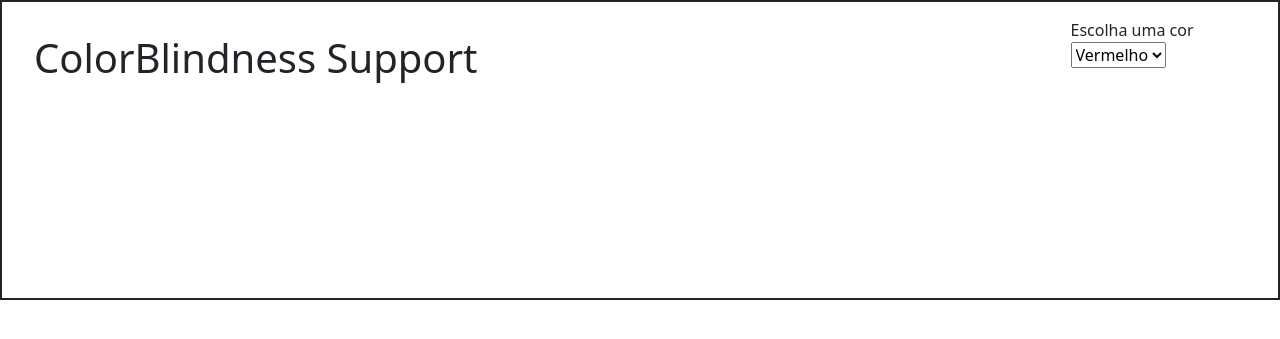
Repository: pedrosiqueira/daltonchrome
Page: popup.html
These files come from the project's save history. The page is drawn as it stood at one moment and after the next save; the edit follows.
The browser window is 1280 px wide. The pictures show the whole page.

Above is the page before, as saved 2022-06-17 13:04:04.

After the next save:
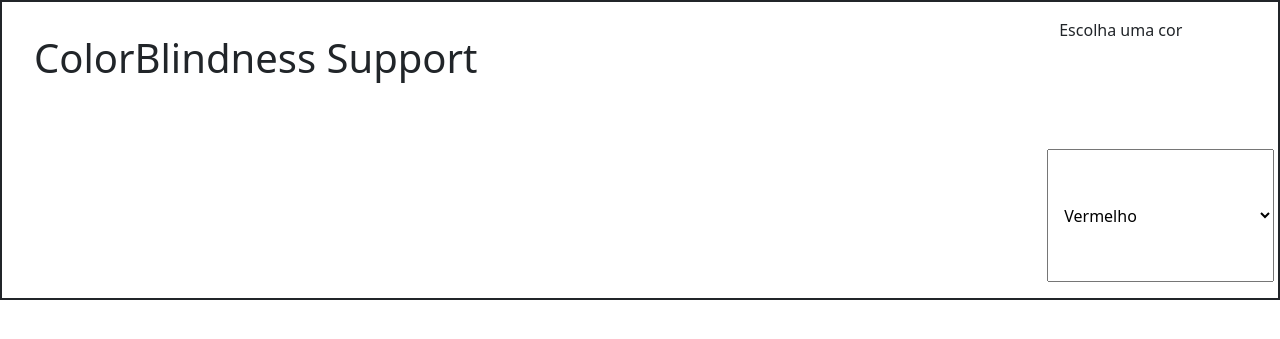
Saved 9 s later.
--- a/popup.html
+++ b/popup.html
@@ -26,7 +26,7 @@
 
     </div>
 
-    <div class="flex">
+    <div class="flex row">
         <label for="cores">Escolha uma cor</label>
 
         <select name="cores" id="cores">

After the save that followed:
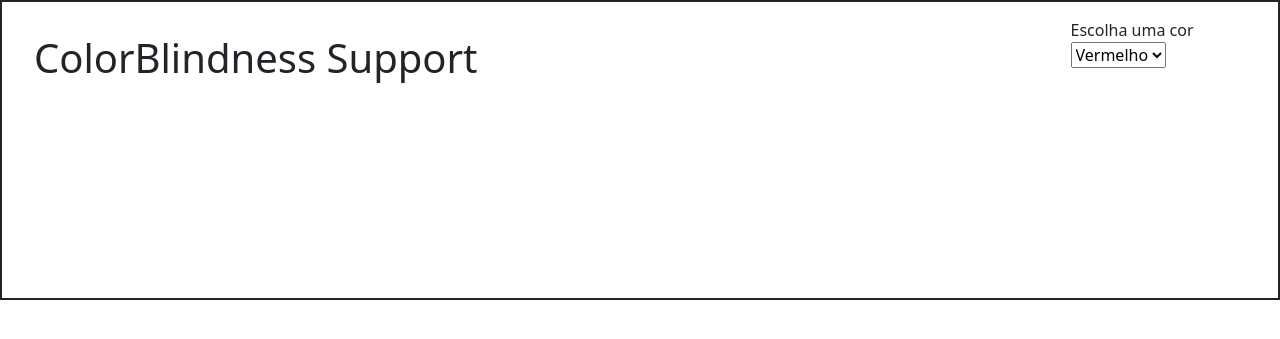
Saved 7 s later.
--- a/popup.html
+++ b/popup.html
@@ -26,7 +26,7 @@
 
     </div>
 
-    <div class="flex row">
+    <div class="flex">
         <label for="cores">Escolha uma cor</label>
 
         <select name="cores" id="cores">
